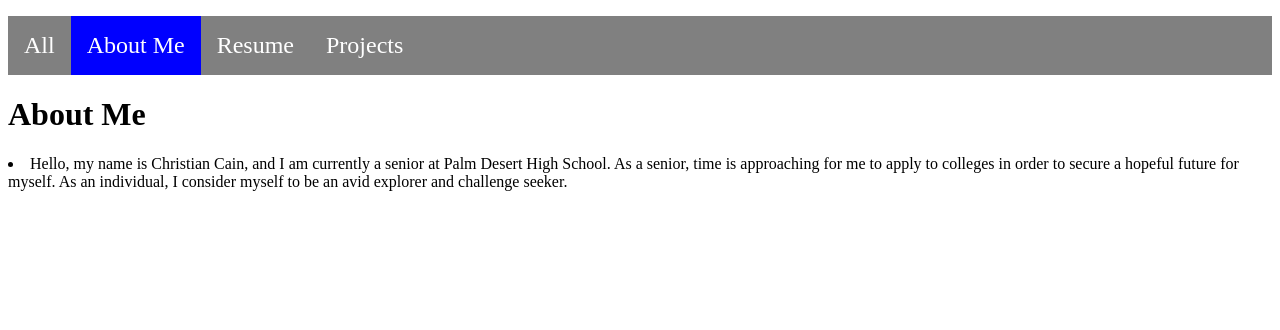
Repository: ChristianCain/ChristianCain.github.io
Page: aboutme.html
The author's editor kept a record of every edit. The page is drawn from the files as they stood at one moment, then again after the next edit.
The browser window is 1280 px wide. The pictures show the whole page.

Above is the page before.

### aboutme.html
<!DOCTYPE html>
<html>
    <head>

        <title>About Me</title>

        <link rel="stylesheet" type="text/css" href="style.css">

    </head>
    <body>
        <ul class="navbar">
            <li><a href="index.html">All</a></li>
            <li class="active"><a href="aboutme.html">About Me</a></li>
            <li><a href="resume.html">Resume</a></li>
            <li class = "dropdown"</li>
                <div>Projects</div>
                <ul class="dropdown-content">
                    <li><a href="#">Project 1</a></li>
                    <li><a href="#">Project 2</a></li>
                    <li><a href="#">Project 3</a></li>

                </ul>


        </ul>

        <h1>About Me</h1>


        <li class="fontnone">Hello, my name is Christian Cain, and I am currently a senior at Palm Desert High School.
                            As a senior, time is approaching for me to apply to colleges in order to secure a hopeful
                            future for myself. As an individual, I consider myself to be an avid explorer and challenge
                            seeker.



        </li>


    </body>
</html>

### style.css



            .navbar{
            list-style: none;
            background-color: gray;
            overflow: hidden;
            padding: 0;
            }


            .navbar a, .dropdown div{
                text-decoration: none;
                color: white;
                font-size: 24px;
                padding: 16px;
                display: inline-block;

            }

            .navbar li{
                float: left;
            }

            .navbar li:hover{
                background-color: blanchedalmond;
            }

            .dropdown-content{
                list-style: none;
                padding: 0;
                display: none;
                position: absolute;
                z-index: 1;
                background-color: black;

            }

            .dropdown-content li{
                float: none;
            }

            .dropdown:hover .dropdown-content{
                display: block;
            }

            .active{
                background-color: blue;
            }

            .fontnone{
                font-style: none;
            }

            .spacing{
                padding: 0px;
            }

After the next edit:
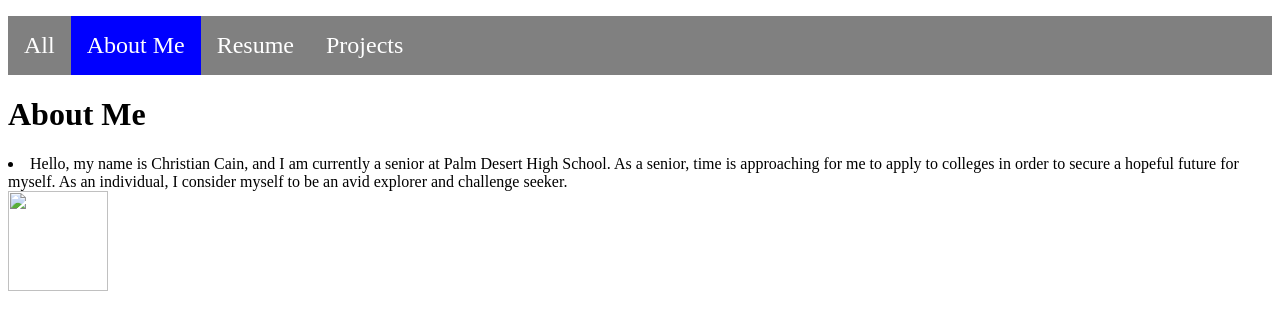
The edit:
--- a/aboutme.html
+++ b/aboutme.html
@@ -36,6 +36,8 @@
 
         </li>
 
+        <img  width=100 height=100 src="">
+
 
     </body>
 </html>
